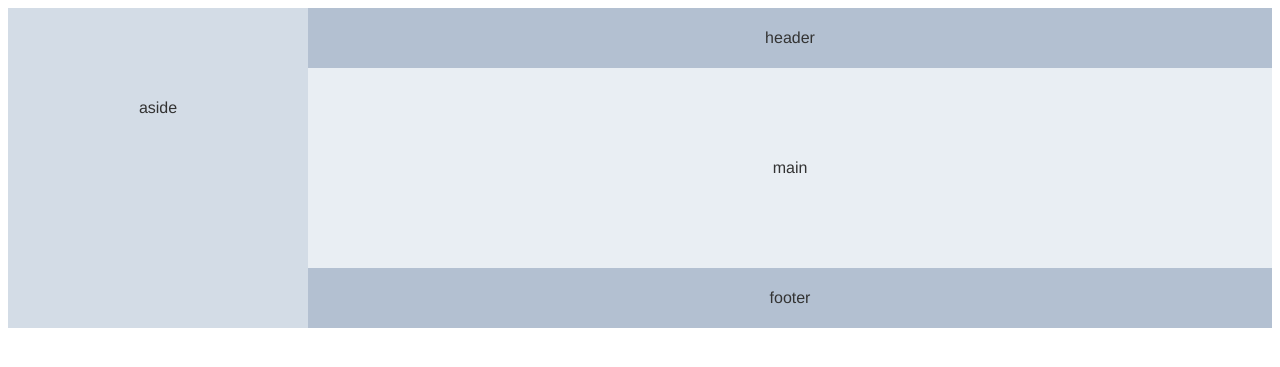
Repository: lagezhou888/element-vue2
Page: /#/button
These files come from the project's save history. The page is drawn as it stood at one moment and after the next save; the edit follows.
The browser window is 1280 px wide. The pictures show the whole page.
The project was rebuilt for these pictures with package versions that can differ from the ones it lists, and the page was loaded fresh each time. Also part of the build but not shown: src/components/HelloWorld.vue, src/views/Home.vue.

Above is the page before, as saved 2021-05-13 13:59:42.

After the next save:
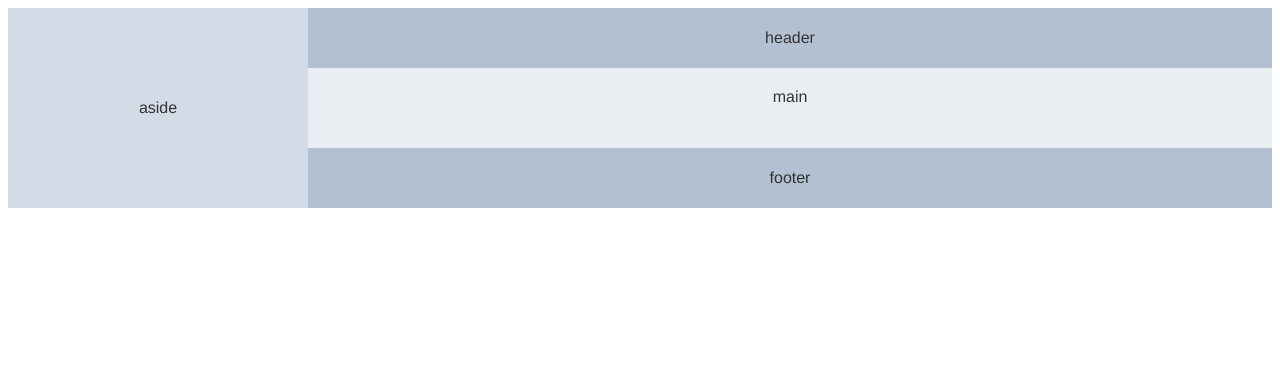
Saved 42 s later.
--- a/src/views/components/use-button.vue
+++ b/src/views/components/use-button.vue
@@ -60,7 +60,7 @@ export default {
     background-color: #E9EEF3;
     color: #333;
     text-align: center;
-    line-height: 160px;
+    // line-height: 160px;
   }
 
   body > .el-container {
